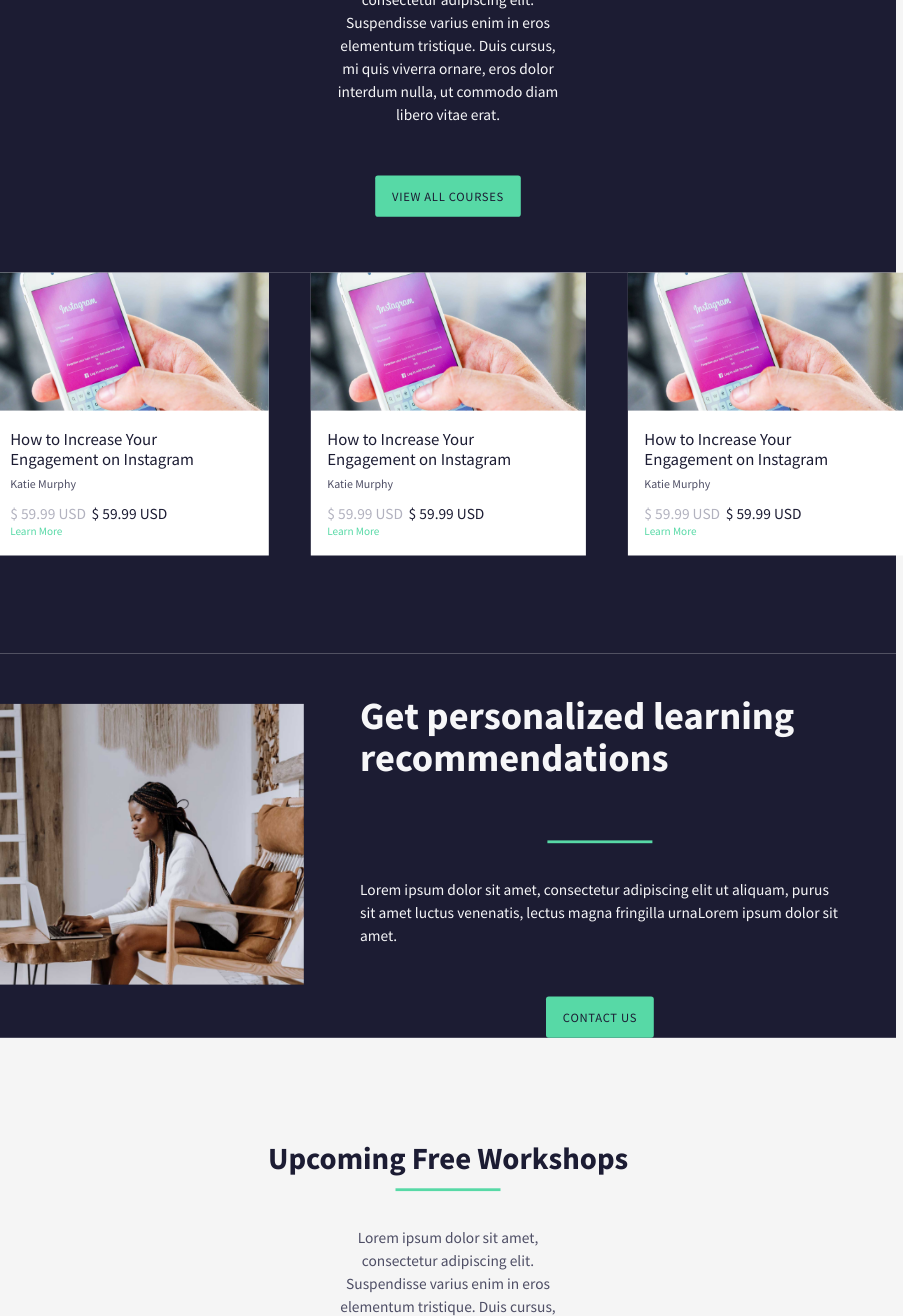
Repository: saidabbasun/skillz
Page: /
An editor plug-in stored every save of this project. The page is shown before and after the next save, followed by the edit.
The browser window is 1280 px wide. The page is 1290 px wide, so the pictures cover 1290 px, including what lies to the right of the window. The pictures show the part of the page from y = 1332 to 3212 px (the page is 4514 px tall before and 4604 px after), at 70% of full size.
The project was rebuilt for these pictures with package versions that can differ from the ones it lists, and the page was loaded fresh each time.

Above is the page before, as saved 2022-06-13 14:43:04.

After the next save:
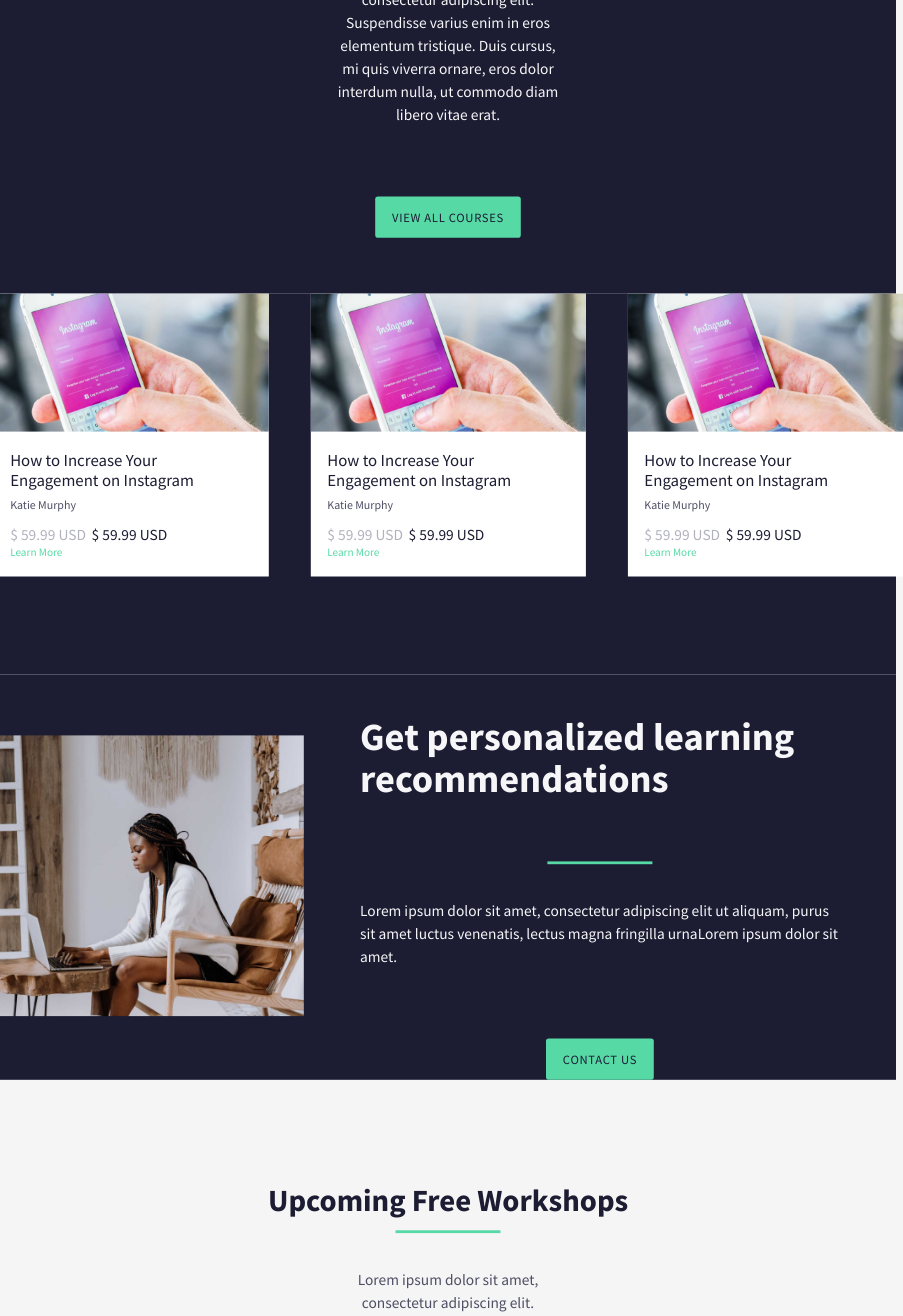
Saved 8 s later.
--- a/src/styles/Home.scss
+++ b/src/styles/Home.scss
@@ -44,7 +44,7 @@ line-height: 27px;
 color: #B2B2BF;
 }
 .homeBtn{
-    margin-top: 20px;
+    margin-top: 50px;
     font-weight: 400;
 font-size: 18px;
 line-height: 27px;
